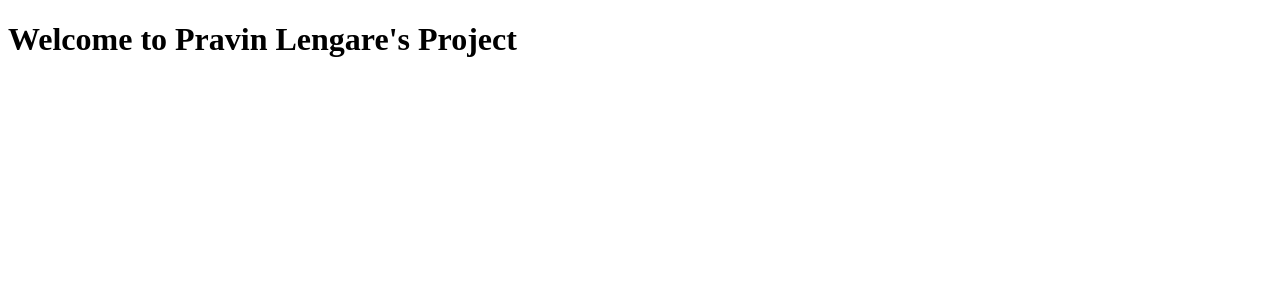
Repository: PravinLengare/Advance-Java
Page: Login-Register/src/main/webapp/index.html
An editor plug-in stored every save of this project. The page is shown before and after the next save, followed by the edit.
The browser window is 1280 px wide. The pictures show the whole page.

Above is the page before, as saved 2025-08-19 12:50:09.

After the next save:
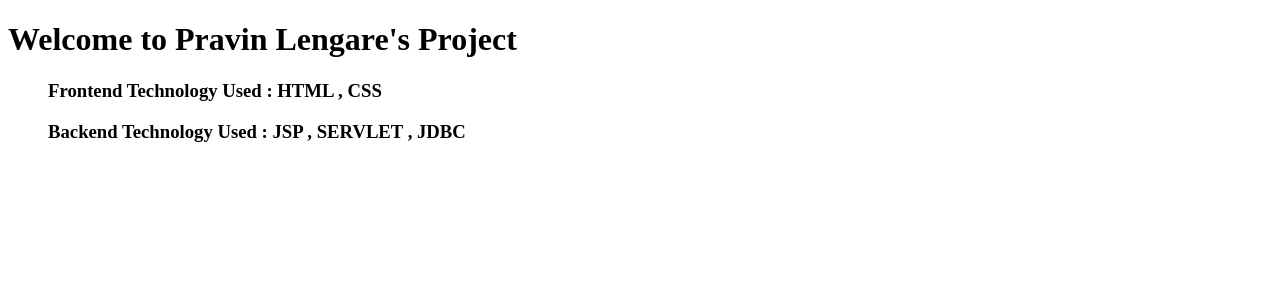
Saved 3 min 38 s later.
--- a/Login-Register/src/main/webapp/index.html
+++ b/Login-Register/src/main/webapp/index.html
@@ -6,5 +6,11 @@
 </head>
 <body>
 	<h1>Welcome to Pravin Lengare's Project </h1>
+	<ol>
+		<h3>Frontend Technology Used : HTML , CSS</h3>
+		<h3>Backend Technology Used : JSP , SERVLET , JDBC </h3>
+
+	</ol>
+
 </body>
 </html>
